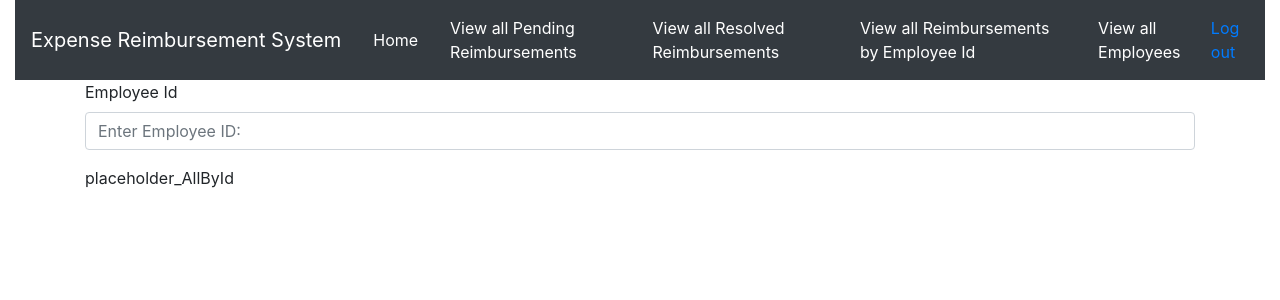
Repository: Trevormulrenin/ers-app
Page: ers-app/src/main/webapp/html/reimbursement_by_id.html
The author's editor kept a copy of each file at every save. The page is drawn from the files as they stood at one save, then again after a run of saves.
The browser window is 1280 px wide. The pictures show the whole page.

Above is the page before, as saved 2021-03-31 14:56:54.

After the next 3 saves:
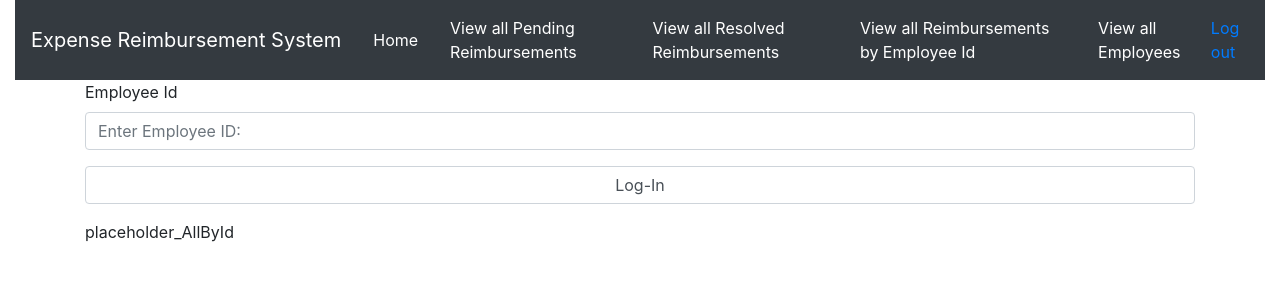
The 3 saves are shown as one change because they came seconds apart.
The last was saved 14 s later.
--- a/ers-app/src/main/webapp/html/reimbursement_by_id.html
+++ b/ers-app/src/main/webapp/html/reimbursement_by_id.html
@@ -50,6 +50,9 @@ h1 {
 				<label for="employeeId">Employee Id</label>
 				<input type="number" class="form-control" name="employeeId" id="employeeId" placeholder="Enter Employee ID:" required>
 			</div>
+			<div class="form-group">
+				<button type="submit" class="form-control" id="log-in-btn">Log-In</button>
+			</div>
 	</div>
 
 	<div class="container">
